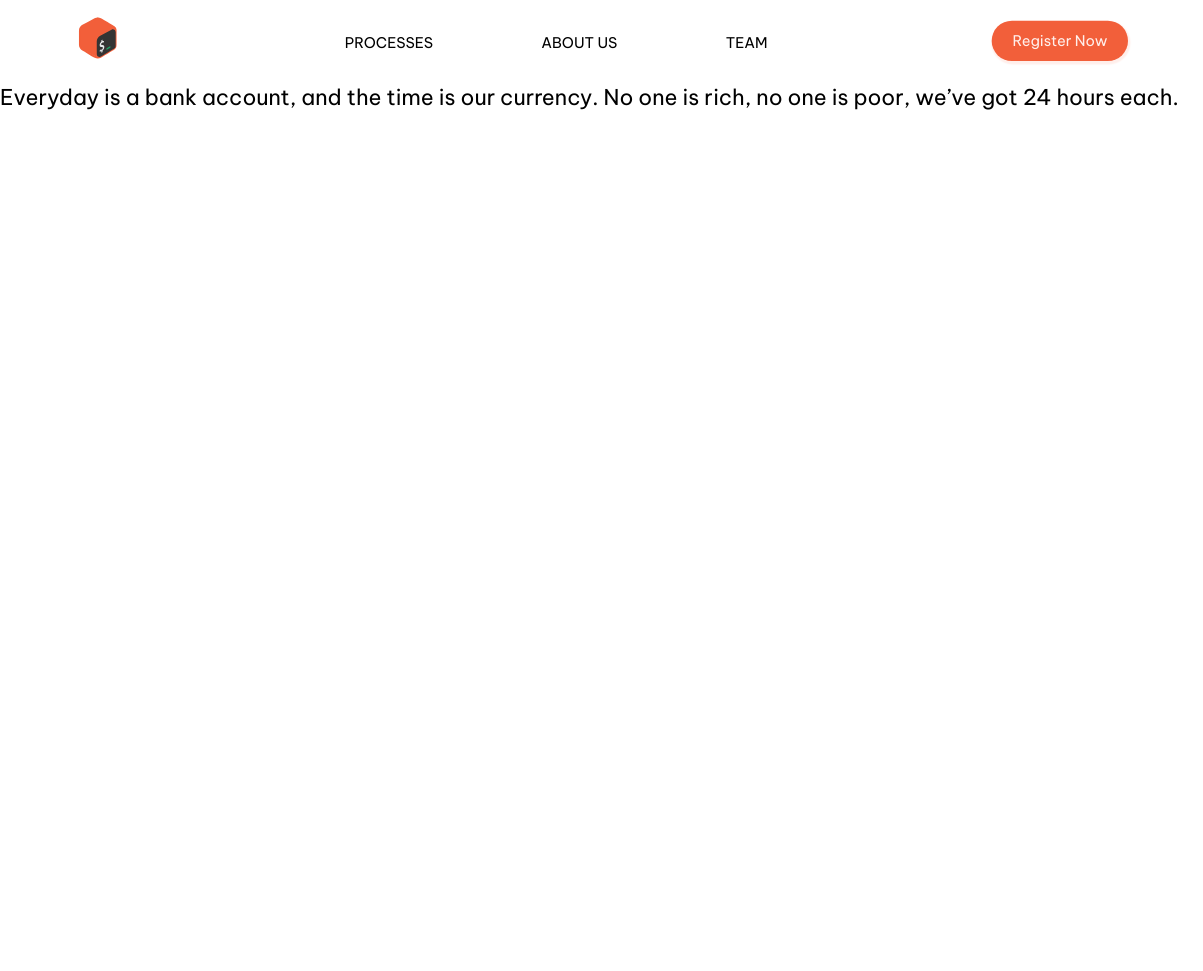
Repository: Esraa22M/Banking_Site
Page: index.html
These files come from the project's save history. The page is drawn as it stood at one moment and after the next save; the edit follows.
The browser window is 1280 px wide. The pictures show the whole page, at 94% of full size.

Above is the page before, as saved 2022-11-01 00:02:27.

### index.html
<!DOCTYPE html>
<html lang="en">

<head>
    <meta charset="UTF-8">
    <meta http-equiv="X-UA-Compatible" content="IE=edge">
    <meta name="viewport" content="width=device-width, initial-scale=1.0">
    <title>Document</title>
    <!-- font family link -->
    <link rel="preconnect" href="https://fonts.googleapis.com">
    <link rel="preconnect" href="https://fonts.gstatic.com" crossorigin>
    <link href="https://fonts.googleapis.com/css2?family=Be+Vietnam+Pro:wght@400;500;700&display=swap" rel="stylesheet">
    <!-- external style sheet link -->
    <link rel="stylesheet" href="style.css">
</head>

<body>
    <header class="primary__header">
        <div class="navgation__wrapper container"> <a href="#"><img src="./images/logo.svg" /></a>
            <button class="humberger__button_toggle--container" aria-expanded="false"
                aria-controls="controls the navigation menu's open and closing">
                <span class="sr-only">Nagivation menu</span>
                <span class="button__close hidden-sm" aria-hidden="true">x</span>
                <span class="button__open" aria-hidden="true"></span>
            </button>
            <nav class="primary__navigation">
                <ul role="list" class="primary__navigation--list hidden-sm">
                    <li class="primary__navigation-item">
                        <a href="#section__1" class="primary__navigation-link">processes</a>
                    </li>
                    <li class="primary__navigation-item">
                        <a href="#section__2" class="primary__navigation-link">About us</a>
                    </li>
                    <li class="primary_navigation-item">
                        <a href="#section__3" class="primary__navigation-link">Team</a>
                    </li>

                </ul>
            </nav>
            <a href="#" class="register__button" role="open new account">Register Now</a>
        </div>
        <section class="Intro">
            <div>
                <h2 class="intro__header">Everyday is a bank account, and the time is our currency. No one is rich, no
                    one is poor, we’ve got 24 hours each.</h2>
            </div>
        </section>
    </header>
    <main>
        <section class="modal container hidden">
            <button class="modal__close--button">
                <span>&times;</span>
            </button>
            <h2 class="modal--header">Open your bank account</h2>
            <form class="create__account--form">
                <figure class="form__logo--wrapper">
                    <img src="images/form_logo.svg" alt="human" class="form__logo">
                    <figcaption class="sr-only">a batman image is a logo for the registeration form</figcaption>
                </figure>
                <div class="first_name--wrapper"><label for="first name" class="sr-only">First Name:</label>
                    <input type="text" class="first_name" placeholder="Enter your First Name" />
                </div>
                <div class="last_name--wrapper"><label for="last name" class="sr-only">Last Name:</label>
                    <input type="text" class="last_name" placeholder="Enter your Last Name" />
                </div>
                <div class="email--wrapper"><label for=" email" class="sr-only">Email:</label>
                    <input type="email" class="email" placeholder="Enter your Email" />
                </div>
                <div class="create_account--button__wrapper">
                    <button type="submit" class="register__button create_account--button">Next Step &rarr;</button>
                </div>
            </form>
        </section>
        <div class="overlay hidden"></div>
    </main>
    <script src="main.js"></script>

</body>

</html>

### style.css
:root {
  --clr-accent-400: hsl(12, 88%, 59%);
  --clr-accent-100: hsl(13, 100%, 96%);
  --clr-primary-400: hsl(228, 39%, 23%);
  --clr-neutral-100: hsl(232, 12%, 13%);
  --clr-neutral-900: hsl(0 0% 0%);
  --ff-primary: "Be Vietnam Pro", sans-serif;
  --fw-regular: 400;
  --fw-semi-bold: 500;
  --fw-bold: 700;
  --fs-300: 0.8125rem;
  --fs-400: 0.875rem;
  --fs-500: 0.9375rem;
  --fs-600: 1rem;
  --fs-650: 1.2rem;
  --fs-700: 1.875rem;
  --fs-800: 2.5rem;
  --fs-900: 3.5rem;
  /* fontsize setup for mobile screen and tablet */
  --fs-body: var(--fs-400);
  --fs-primary-heading: var(--fs-800);
  --fs-secondary-heading: var(--fs-700);
  --fs-nav: var(--fs-500);
  --fs-button: var(--fs-300);
}
/* for desktop screen size */
@media (min-width: 50em) {
  :root {
    --fs-body: var(--fs-650);
    --fs-primary-heading: var(--fs-900);
    --fs-secondary-heading: var(--fs-800);
    --fs-nav: var(--fs-300);
  }
}

/* style reseting refer to kevin powell */
/* Box sizing rules */
*,
*::before,
*::after {
  box-sizing: border-box;
}

/* Remove default margin */
* {
  margin: 0;
  padding: 0;
  font: inherit;
}

/* Remove list styles on ul, ol elements with a list role, which suggests default styling will be removed */
ul[role="list"],
ol[role="list"] {
  list-style: none;
}

/* Set core root defaults */
html:focus-within {
  scroll-behavior: smooth;
}

html,
body {
  font-family: var(--ff-primary);
  height: 100%;
  line-height: 1.5;
  font-size: var(--fs-body);
  z-index: 10;
}
/* utility classes */
.sr-only {
  position: absolute;
  width: 1px;
  height: 1px;
  padding: 0;
  margin: -1px;
  overflow: hidden;
  clip: rect(0, 0, 0, 0);
  border: 0;
}
.container {
  /* content width setup */
  --max-width: 1120px;
  --margin: 5%;
  width: min(var(--max-width), 100% - var(--margin));
  margin-inline: auto;
}

/* navigation style */

.navgation__wrapper {
  display: flex;
  align-items: center;
  padding: 1em 0;
  justify-content: space-between;
  font-size: var(--fs-nav);
  line-height: 1.4rem;
  position: relative;
  z-index: 2000;
}
.primary__navigation--list {
  display: flex;
  gap: 3rem;
  flex-direction: column;
}
/* nav links style */
.navgation__wrapper a {
  text-decoration: none;
}
.primary__navigation-link {
  text-transform: uppercase;
  color: var(--clr-neutral-900);
  font-weight: var(--fw-regular);
}
.primary__navigation-link:hover,
.primary__navigation-link:focus-within {
  color: var(--clr-accent-400);
}
.primary__navigation-link::before {
  content: "";
  display: block;
  height: 0.2em;
  background-color: var(--clr-accent-400);
  width: 0%;
  transition: width ease-in-out 250ms;
}
.primary__navigation-link:hover::before {
  width: 100%;
}

/* humberger button and close humberger button style */

.humberger__button_toggle--container {
  position: absolute;
  top: 1em;
  z-index: 20;
  background-color: transparent;
  border: none;
  outline: none;
  right: 1em;
}
.button__open::before,
.button__open::after,
.button__open {
  content: "";
  width: 2em;
  display: block;
  height: 3px;
  cursor: pointer;
  position: relative;
  transition: all ease-in-out 250ms;
  background-color: var(--clr-neutral-900);
}

.button__open::before {
  top: 0.6em;
}
.button__open::after {
  bottom: 0.8em;
}
.button__close {
  font-weight: var(--fw-semi-bold);
  font-size: var(--fs-700);
  transition: all ease-in-out 250ms;
}

.register__button {
  border: none;
  outline: none;
  background-color: var(--clr-accent-400);
  color: var(--clr-accent-100);
  padding: 0.5em 1.4em;
  border-radius: 100vmax;
  box-shadow: 1px 2px 0.1em 0.1em var(--clr-accent-100);
}
.register__button:hover,
.register__button:focus-within {
  box-shadow: none;
  opacity: 0.8;
}
/*navigation overlay */

.primary__header[overlay]::before {
  content: "";
  position: absolute;
  inset: 0;
  height: 100%;
  z-index: 1;
  background-image: linear-gradient(rgb(0 0 0 / 0), rgb(0 0 0 / 0.8));
}

/*popup modal style */
.modal {
  position: fixed;
  top: 50%;
  display: grid;
  z-index: 1000;
  align-items: center;
  justify-content: center;
  padding: 3em 0;
  margin-top: 2em;
  position: relative;
  max-width: 25em;
  background-color: white;
  border: 1px solid var(--clr-neutral-900);
  border-radius: 4px;
  transform-origin: top;
  transition: all 0.5s ease-in-out;
}
.modal--header {
  font-size: var(--fs-primary-heading);
  text-transform: capitalize;
  text-align: center;
}
.create__account--form {
  background-color: white;
  margin: auto;
}
.form__logo--wrapper {
  background-color: var(--clr-accent-400);
  text-align: center;
  border-radius: 50%;
  border-bottom: 0.5em solid var(--clr-neutral-900);
  margin-top: 2em;
}
.first_name,
.last_name,
.email {
  border: none;
  outline: none;
  padding: 0.5em 1em;
  margin-top: 2em;
  border-bottom: 0.5px solid gray;
  transition: border ease-in-out 500ms;
}
.first_name--wrapper::after,
.last_name--wrapper::after,
.email--wrapper::after {
  content: "";
  display: block;
  height: 0.2em;
  background-color: var(--clr-accent-400);
  width: 0%;
  transition: width ease-in-out 250ms;
}
.first_name--wrapper:focus-within::after,
.last_name--wrapper:focus-within::after,
.email--wrapper:focus-within::after {
  width: 100%;
}
.first_name--wrapper:focus-within .first_name,
.last_name--wrapper:focus-within .last_name,
.email--wrapper:focus-within .email {
  border: none;
}
.create_account--button__wrapper {
  text-align: center;
}
.create_account--button {
  margin-top: 1em;
}

.modal__close--button {
  border: none;
  outline: none;
  position: absolute;
  background-color: transparent;
  font-size: var(--fs-800);
  top: 0;
  right: 1em;
  line-height: 1.5;
}
.overlay {
  position: fixed;
  top: 0;
  left: 0;
  width: 100%;
  height: 100%;
  background-color: rgba(0, 0, 0, 0.5);
  backdrop-filter: blur(3px);
  z-index: 100;
  transform-origin: top;
  transition: all 0.5s ease-in-out;
}
/* utility class */
.hidden {
  opacity: 0;
  transform: scale(1, 0);
}
/* media query for mobile screen */
@media (max-width: 40em) {
  /* navigation list style */
  .navgation__wrapper {
    justify-content: space-evenly;
  }
  .primary__navigation--list {
    position: absolute;
    top: 100%;
    left: 0;
    width: 100%;
    padding: 2rem;
    display: flex;
    justify-content: center;
    background-color: white;
    box-shadow: 0 0 1px 1px var(--clr-accent-100);
    align-items: center;
    transform-origin: top;
    transition: transform 400ms ease-in-out;
  }
  .register__button {
    padding: 0.5em 1em;
    margin-right: min(3em, 12%);
  }
  /* utility class */
  .hidden-sm {
    opacity: 0;
    transform: scale(1, 0);
  }
  .modal__close--button {
    top: 0;
    right: 0.5em;
    font-size: var(--fs-secondary-heading);
    line-height: 1.5;
  }
}
@media (min-width: 40em) {
  /* navigation style */
  .register__button {
    display: block;
  }
  .primary__navigation--list {
    gap: 6rem;
    flex-direction: row;
  }

  .humberger__button_toggle--container {
    display: none;
  }
  /* modal style */
  .modal--header {
    max-width: 15ch;
    margin: auto;
  }
  /* .modal__close--button {
    top: 1em;
    right: 2em;
  } */
}

### images/logo.svg
<svg xmlns="http://www.w3.org/2000/svg"  viewBox="0 0 48 48" width="48px" height="48px" fill-rule="evenodd" clip-rule="evenodd"><linearGradient id="FAKZ2g97PrDXJBy36-66Qa" x1="35.753" x2="11.271" y1="3.643" y2="46.048" gradientUnits="userSpaceOnUse"><stop offset="0" stop-color="#f9f9f9"/><stop offset=".26" stop-color="#f0f1f2"/><stop offset=".678" stop-color="#d9dcdf"/><stop offset="1" stop-color="#c2c8cc"/></linearGradient><path fill="hsl(12, 88%, 59%)" fill-rule="evenodd" d="M22.903,3.286c0.679-0.381,1.515-0.381,2.193,0	c3.355,1.883,13.451,7.551,16.807,9.434C42.582,13.1,43,13.804,43,14.566c0,3.766,0,15.101,0,18.867	c0,0.762-0.418,1.466-1.097,1.847c-3.355,1.883-13.451,7.551-16.807,9.434c-0.679,0.381-1.515,0.381-2.193,0	c-3.355-1.883-13.451-7.551-16.807-9.434C5.418,34.899,5,34.196,5,33.434c0-3.766,0-15.101,0-18.867	c0-0.762,0.418-1.466,1.097-1.847C9.451,10.837,19.549,5.169,22.903,3.286z" clip-rule="evenodd"/><path fill="hsl(12, 88%, 59%)" d="M23.987,46.221c-1.085,0-2.171-0.252-3.165-0.757c-2.22-1.127-5.118-2.899-7.921-4.613	c-1.973-1.206-3.836-2.346-5.297-3.157C5.381,36.458,4,34.113,4,31.572V16.627c0-2.59,1.417-4.955,3.699-6.173	c3.733-1.989,9.717-5.234,12.878-7.01l0,0c2.11-1.184,4.733-1.184,6.844,0c3.576,2.007,10.369,6.064,14.252,8.513	C43.13,12.874,44,14.453,44,16.182V32c0,2.4-0.859,4.048-2.553,4.895c-0.944,0.531-2.628,1.576-4.578,2.787	c-3.032,1.882-6.806,4.225-9.564,5.705C26.27,45.942,25.128,46.221,23.987,46.221z M21.556,5.188	C18.384,6.97,12.382,10.226,8.64,12.22C7.012,13.088,6,14.776,6,16.627v14.945c0,1.814,0.987,3.49,2.576,4.373	c1.498,0.832,3.378,1.981,5.369,3.199c2.77,1.693,5.634,3.445,7.783,4.536c1.458,0.739,3.188,0.717,4.631-0.056	c2.703-1.451,6.447-3.775,9.456-5.643c1.97-1.223,3.671-2.279,4.696-2.854C41.835,34.464,42,33.109,42,32V16.182	c0-1.037-0.521-1.983-1.392-2.532c-3.862-2.435-10.613-6.467-14.165-8.461C24.913,4.331,23.086,4.331,21.556,5.188L21.556,5.188z"/><path fill="#343434" d="M22.977,41.654L22.92,28.216c-0.011-2.594,1.413-4.981,3.701-6.204l12.01-6.416	c1.998-1.068,4.414,0.38,4.414,2.646v14.73c0,1.041-0.54,2.008-1.426,2.554l-14.068,8.668	C25.557,45.424,22.987,43.996,22.977,41.654z"/><linearGradient id="FAKZ2g97PrDXJBy36-66Qb" x1="32.281" x2="23.433" y1="26.55" y2="41.876" gradientUnits="userSpaceOnUse"><stop offset="0" stop-color="#f9f9f9"/><stop offset=".26" stop-color="#f0f1f2"/><stop offset=".678" stop-color="#d9dcdf"/><stop offset="1" stop-color="#c2c8cc"/></linearGradient><path fill="url(#FAKZ2g97PrDXJBy36-66Qb)" d="M28.799,26.274	c0.123-0.063,0.225,0.014,0.227,0.176l0.013,1.32c0.552-0.219,1.032-0.278,1.467-0.177c0.095,0.024,0.136,0.153,0.098,0.306	l-0.291,1.169c-0.024,0.089-0.072,0.178-0.132,0.233c-0.026,0.025-0.052,0.044-0.077,0.057c-0.04,0.02-0.078,0.026-0.114,0.019	c-0.199-0.045-0.671-0.148-1.413,0.228c-0.778,0.395-1.051,1.071-1.046,1.573c0.007,0.601,0.315,0.783,1.377,0.802	c1.416,0.023,2.027,0.643,2.042,2.067c0.016,1.402-0.733,2.905-1.876,3.826l0.025,1.308c0.001,0.157-0.1,0.338-0.225,0.4	l-0.775,0.445c-0.123,0.063-0.225-0.014-0.227-0.172l-0.013-1.286c-0.664,0.276-1.334,0.342-1.763,0.17	c-0.082-0.032-0.117-0.152-0.084-0.288l0.28-1.181c0.022-0.092,0.071-0.186,0.138-0.246c0.023-0.023,0.048-0.04,0.072-0.053	c0.044-0.022,0.087-0.027,0.124-0.013c0.462,0.155,1.053,0.082,1.622-0.206c0.722-0.365,1.206-1.102,1.198-1.834	c-0.007-0.664-0.366-0.939-1.241-0.946c-1.113,0.002-2.151-0.216-2.168-1.855c-0.014-1.35,0.688-2.753,1.799-3.641l-0.013-1.319	c-0.001-0.162,0.098-0.34,0.225-0.405L28.799,26.274z"/><path fill="#21a366" d="M37.226,34.857l-3.704,2.185c-0.109,0.061-0.244-0.019-0.244-0.143v-1.252	c0-0.113,0.061-0.217,0.16-0.273l3.704-2.185c0.111-0.061,0.246,0.019,0.246,0.145v1.248C37.388,34.697,37.326,34.801,37.226,34.857"/></svg>

### main.js
/* navigation sm screen */
let navToggle = document.querySelector(".humberger__button_toggle--container");
let button__open = document.querySelector(".button__open");
let primary__navigation = document.querySelector(".primary__navigation");
let primary__navigation_list = document.querySelector(
  ".primary__navigation--list"
);
let button__close = document.querySelector(".button__close");
let primary__header = document.querySelector(".primary__header");
navToggle.addEventListener("click", () => {
  if (!primary__navigation.hasAttribute("data-visible")) {
    navToggle.setAttribute("aria-expanded", true);
    button__open.setAttribute("aria-hidden", true);
    button__close.setAttribute("aria-hidden", false);
  } else {
    primary__navigation.removeAttribute("data-visible");
    navToggle.setAttribute("aria-expanded", false);
    button__open.setAttribute("aria-hidden", false);
    button__close.setAttribute("aria-hidden", true);
  }
  primary__navigation.toggleAttribute("data-visible");

  button__open.classList.toggle("hidden-sm");
  button__close.classList.toggle("hidden-sm");
  primary__header.toggleAttribute("overlay");
  primary__navigation_list.classList.toggle("hidden-sm");
});

/* model window handling */
let modal = document.querySelector(".modal");
let close_modal = document.querySelector(".modal__close--button");
let open_modal = document.querySelector(".register__button");
let overlay = document.querySelector(".overlay");

/*handle open modal */
let openModal = (e) => {
  console.log(e);
  e.preventDefault();
  modal.classList.remove("hidden");
  overlay.classList.remove("hidden");
};
open_modal.addEventListener("click", openModal);

/*handle close modal */
let closeModal = (e) => {
  e.preventDefault();
  modal.classList.add("hidden");
  overlay.classList.add("hidden");
};
close_modal.addEventListener("click", closeModal);

After the next save:
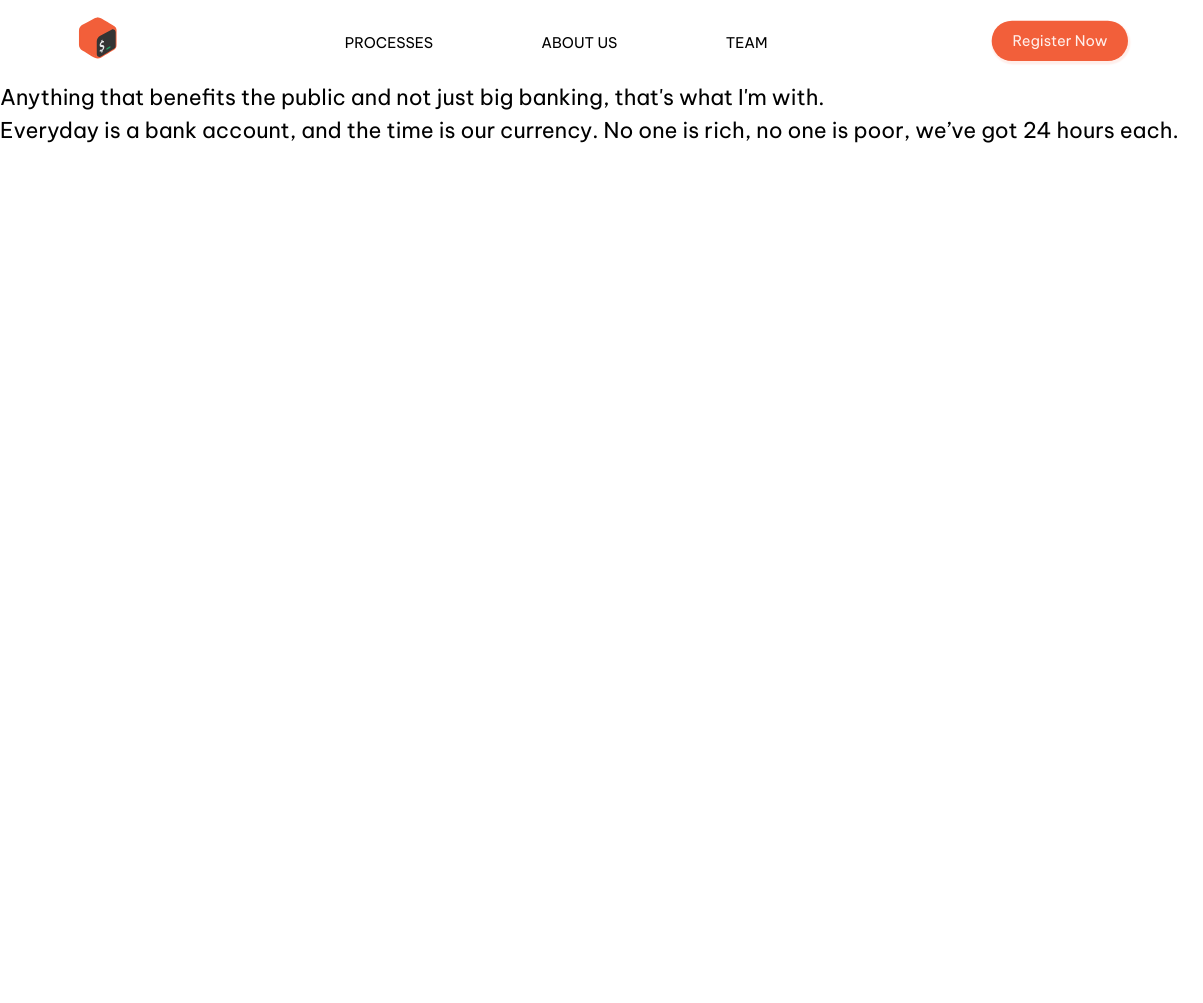
Saved 97 s later.
--- a/index.html
+++ b/index.html
@@ -41,8 +41,9 @@
         </div>
         <section class="Intro">
             <div>
-                <h2 class="intro__header">Everyday is a bank account, and the time is our currency. No one is rich, no
-                    one is poor, we’ve got 24 hours each.</h2>
+                <h2>Anything that benefits the public and not just big banking, that's what I'm with.</h2>
+                <p class="intro__header">Everyday is a bank account, and the time is our currency. No one is rich, no
+                    one is poor, we’ve got 24 hours each.</p>
             </div>
         </section>
     </header>
